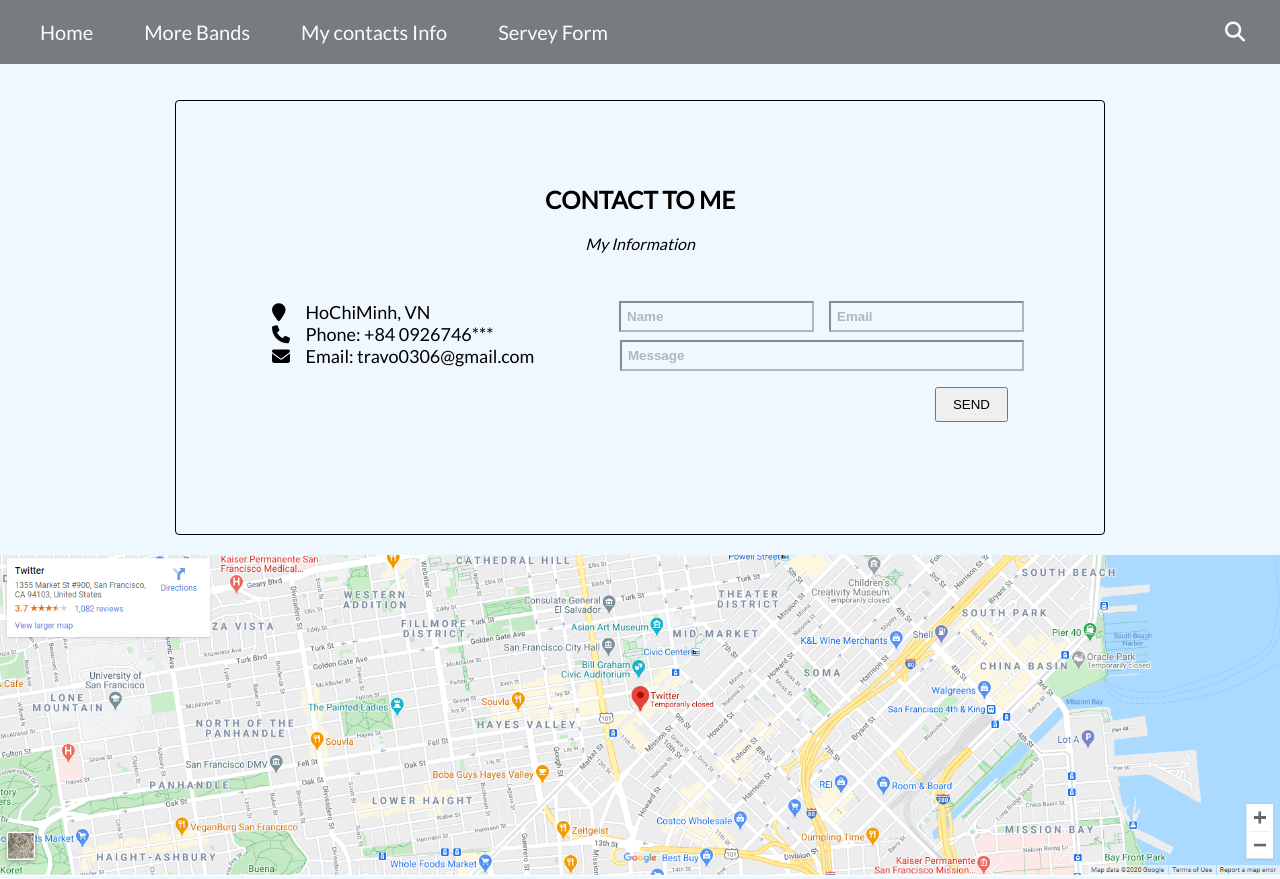
Repository: MinChea36/asm
Page: Contacts.html
These files come from the project's save history. The page is drawn as it stood at one moment and after the next save; the edit follows.
The browser window is 1280 px wide. The pictures show the whole page.

Above is the page before, as saved 2022-09-23 02:10:11.

### Contacts.html
<!DOCTYPE html>
<html lang="en">
<head>
    <meta charset="UTF-8">
    <meta http-equiv="X-UA-Compatible" content="IE=edge">
    <meta name="viewport" content="width=device-width, initial-scale=1.0">
    <link rel="stylesheet" href="./stylecontact.css">
    <link rel="stylesheet"
        href="https://cdnjs.cloudflare.com/ajax/libs/font-awesome/6.2.0/css/all.min.css">
    <link rel="stylesheet"
        href="https://fonts.googleapis.com/css?family=Lato">
    <title>Contacts To Me</title>
</head>
<body>
  <div class="top-menu">
        <div class="menu">
            <a href="./ASSM1.html">Home</a> |
            <a href="./moreband.html">More Bands</a> |
            <a href="./Contacts.html">My contacts Info</a> |
            <a href="./serveyform.html">Servey Form</a> |
        </div>
        <div class="search">
            <i class="fa-solid fa-magnifying-glass"></i>
        </div>
    </div>
    <div class="background">
    <div class="container  padding-64" style="max-width:800px" id="contact">
    <h2 class="wide center">CONTACT TO ME</h2>
    <p class="opacity center"><i>My Information</i></p>
    <div class="row padding-32">
      <div class="col left large margin-bottom">
        <i class="fa fa-map-marker" style="width:30px"></i> HoChiMinh,  VN<br>
        <i class="fa fa-phone" style="width:30px"></i> Phone: +84 0926746***<br>
        <i class="fa fa-envelope" style="width:30px"> </i> Email: travo0306@gmail.com<br>
      </div>
      <div class="col">
        <form action="/action_page.php" target="_blank">
          <div class="row-padding" style="margin:0 -16px 8px -16px">
            <div class="half">
              <input class="input border" style="margin-left: 15px;" type="text" placeholder="Name" required="" name="Name">
            </div>
            <div class="half">
              <input class="input border" style="margin-left: 15px;" type="text" placeholder="Email" required="" name="Email">
            </div>
          </div>
          <input class="input border" style="width: 100%;" type="text" placeholder="Message" required="" name="Message">
          <br>
          <button class="button black section right" type="submit">SEND</button>
        </form>
      </div>
    </div>
  </div>
  </div>
  <div class="map">
    <img src="./map.PNG" width="100%" alt="">
  </div>


</body>
</html>

### stylecontact.css

body {
    background-color: aliceblue ;
    padding: 0;
    margin: 0;
    font-family: "Lato", sans-serif;
}
.top-menu {
    display: flex;
    justify-content: space-between;
    background-color: black;
    padding: 20px;
    position: fixed;
    top: 0;
    left: 0;
    z-index: 2;
    right: 0;
    opacity: 0.5;
}
.menu a{
    color: white;
    text-decoration: none;
    padding: 0 20px;
    font-size: 20px;
}
.menu a:hover {
    color: red;
    transition: 0.25s linear;
}
.search {
    position: relative;
}
.search i {
    color: white;
    padding-right: 50px;
    font-size: 20px;
    position: absolute;
    top: 50%;
    left: 50%;
    transform: translate(-50%, -50%);
}
.container {
    padding: 64px;
    margin: 0 auto;
    border: 1px solid black;
    border-radius: 4px;
    margin-top: 100px !important;
}
.center {
    text-align: center;
}
.row {
    display: flex;
    padding: 32px;
    justify-content: space-between;
}
.left {
    float: left;
    font-size: large;
    margin-bottom: 32px;
}
.row-padding {
    display: flex;
}
.right {
    float: right;
    padding: 8px 16px;
    margin: 16px 0;
}
input[type="text"] {
    padding: 6px;
    background-color: aliceblue;
    opacity: 0.5;
    font-weight: bolder;
}
.map {
    margin-top: 20px;

}

After the next save:
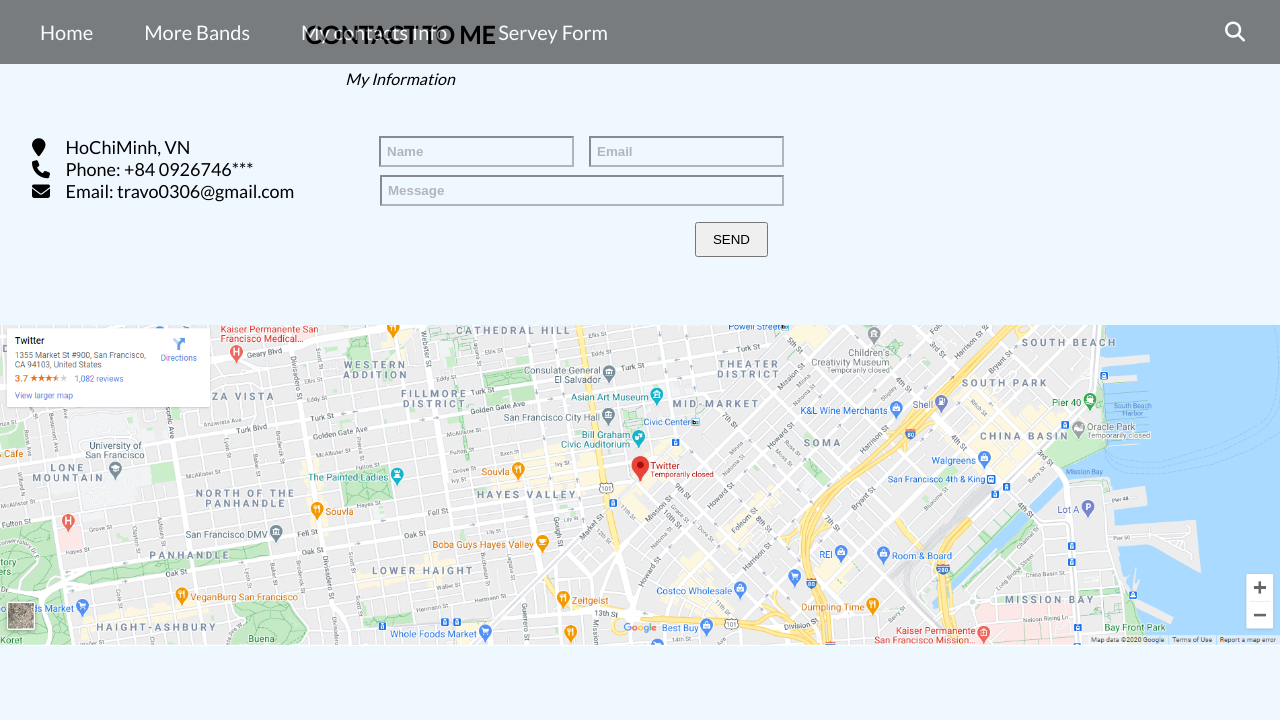
Saved 49 s later.
--- a/Contacts.html
+++ b/Contacts.html
@@ -24,7 +24,7 @@
         </div>
     </div>
     <div class="background">
-    <div class="container  padding-64" style="max-width:800px" id="contact">
+    <div class="container-heading  padding-64" style="max-width:800px" id="contact">
     <h2 class="wide center">CONTACT TO ME</h2>
     <p class="opacity center"><i>My Information</i></p>
     <div class="row padding-32">

After the save that followed:
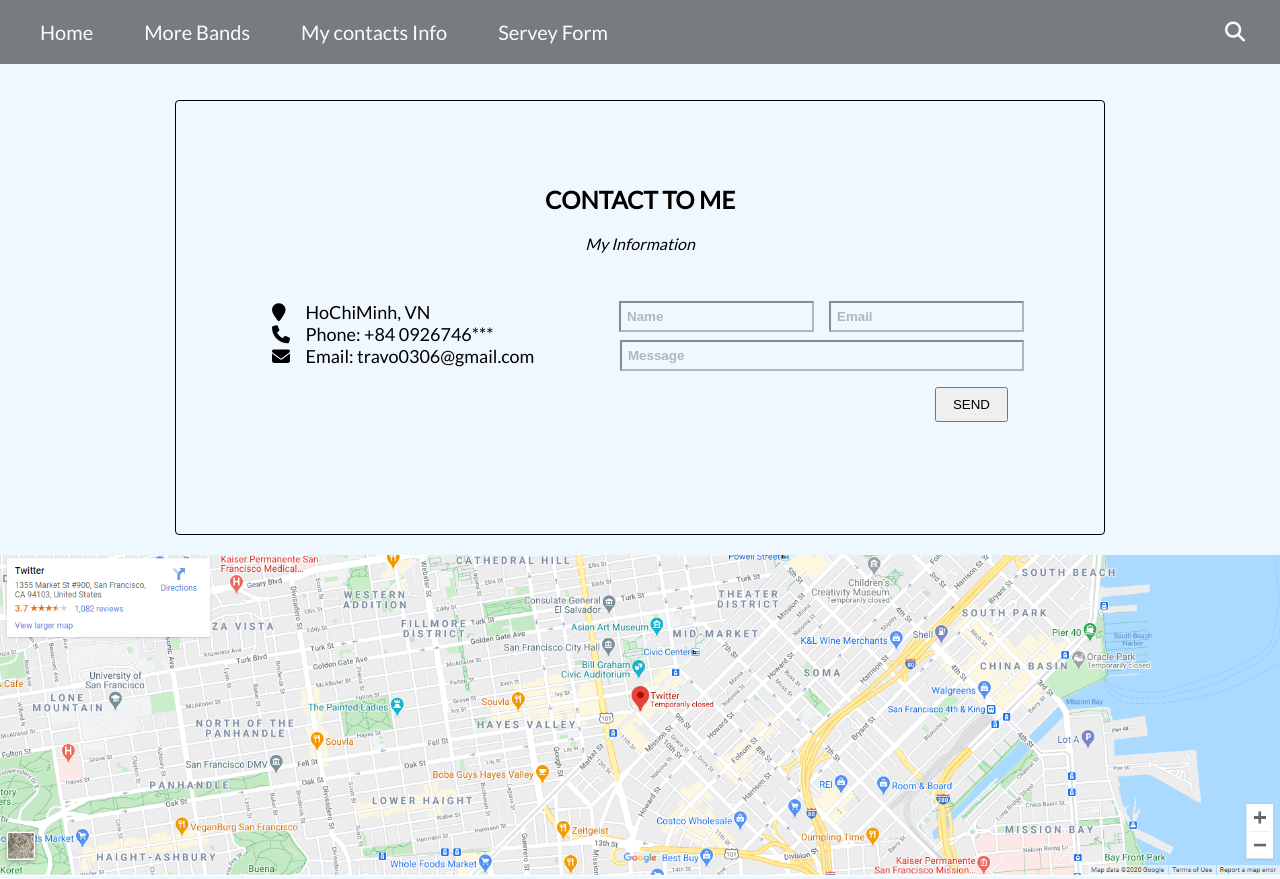
Saved 6 s later.
--- a/stylecontact.css
+++ b/stylecontact.css
@@ -39,7 +39,7 @@ body {
     left: 50%;
     transform: translate(-50%, -50%);
 }
-.container {
+.container-heading {
     padding: 64px;
     margin: 0 auto;
     border: 1px solid black;
